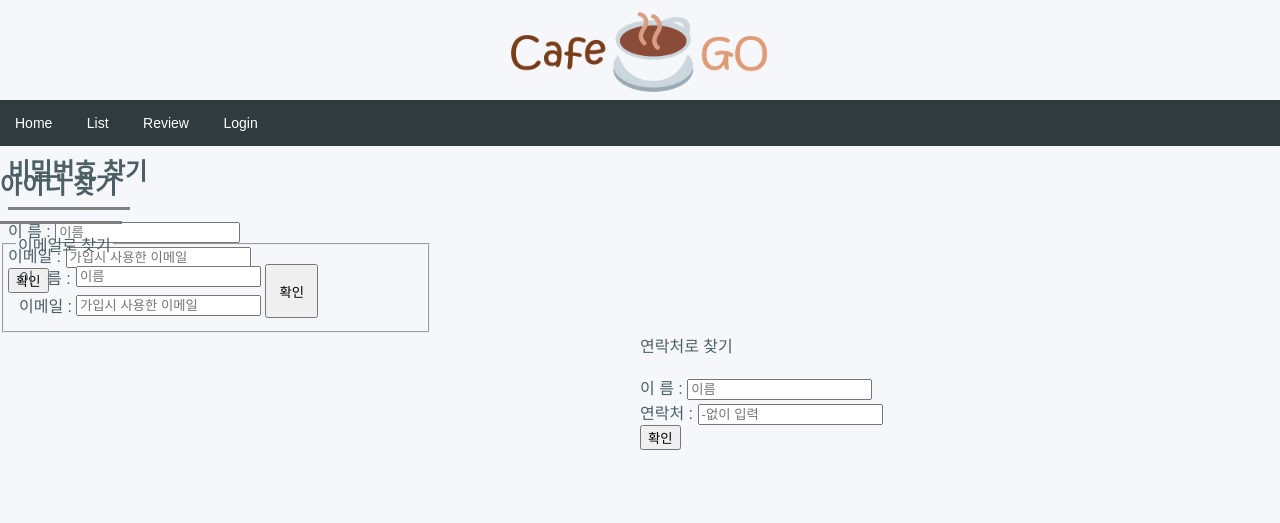
Repository: JuYeong0413/Web-Programming
Page: http://localhost/CafeGo/find.jsp
These files come from the project's save history. The page is drawn as it stood at one moment and after the next save; the edit follows.
The browser window is 1280 px wide. The pictures show the whole page.
The page is served by Tomcat 9. Other server files are loaded and not shown.

Above is the page before, as saved 2018-12-22 12:03:20.

### Project/CafeGo/WebContent/find.jsp
<%@ page language="java" contentType="text/html; charset=utf-8" pageEncoding="utf-8"%>
<%@ include file="nav.jsp" %>
<!DOCTYPE html>
<html>
<head>
<meta charset="utf-8">
<title>Insert title here</title>
</head>
<body>
  <div>
  <h2>아이디 찾기</h2>
  <hr noshade align="left" width="120" size="3">
  <form>
    <fieldset style="width: 400px">
      <legend>이메일로 찾기</legend>
        <table border="0">
          <tr>
            <td>이 &nbsp; 름 : </td>
            <td><input type="text" placeholder="이름" name="name" id="name" value=''></td>
            <td rowspan="2" width="45"><input type="submit" value="확인" style="width: 40pt; height: 40pt"></td>
          </tr>
          <tr>
            <td>이메일 : </td>
            <td><input type="text" placeholder="가입시 사용한 이메일" name="email" id="email" value=''></td>
          </tr>
        </table>
      </fieldset>
    </form>
  </div>
<div style="float:right; width:50%;">
연락처로 찾기<br><br>
<form action="findConfig_num.jsp" method="post">
<label>이    름 :</label>
<input type="text" placeholder="이름" name="name" id="name" value=''/><br>
<label>연락처 :</label>
<input type="text" placeholder="-없이 입력" name="tel" id="tel" value=''/><br>
<input type="submit" value="확인"/>
</form>
</div>
</div>
<br><br>
<div>
<h2>비밀번호 찾기</h2>
<hr noshade align="left" width="120" size="3">
<div style="float:left;width:50%;">
<form action="findConfig_pass.jsp" method="post">
<label>이    름 :</label>
<input type="text" placeholder="이름" name ="name" id="name" value=''/><br>
<label>이메일 :</label>
<input type="text" placeholder="가입시 사용한 이메일" name="email" id="email" value=''/><br>
<input type="submit" value="확인"/>
</form>
</div>
</div>
</form>
</body>
</html>

### Project/CafeGo/WebContent/nav.jsp
<%@ page language="java" contentType="text/html; charset=utf-8" pageEncoding="utf-8"%>
<!DOCTYPE html>
<html lang="ko">
<head>
<meta charset="utf-8">
<title>Insert title here</title>
<link rel="stylesheet" href="reponsiveNavigation.css" />
</head>
<body>
<div>
<center>
<a href="main.jsp"><img src = "image/logo.png" width="264px" height="88px" align="center"></a>
</center>
</div>
<div class="nav_wrapper">
  <nav class="menu">
    <ul>
      <li><a href="main.jsp">Home</a>
        <ul>
          <li><a href="main.jsp">홈페이지 소개</a></li>
          <li><a href="main.jsp">오늘의 카페 추천</a></li>
          </li>
        </ul>
      </li>
      <li><a href="#Link">List</a>
        <ul>
          <li><a href="#Link">카페 목록</a></li>
          <li><a href="#Link">카페 분류 »</a>
          <ul>
              <li><a href="#Link">별점</a></li>
              <li><a href="#link">지역</a></li>
              <li><a href="#Link">테마</a></li>
            </ul>
          </li>
        </ul>
      </li>
      <li><a href="review.jsp">Review</a>
        <ul>
          <li><a href="review.jsp">방문 후기 목록</a></li>
          <li><a href="#Link">방문 후기 작성</a></li>
          <li><a href="#Link">방문 후기 수정</a></li>
          <li><a href="#Link">방문 후기 삭제</a></li>
          </ul>
      </li>
  		<%
  		String log = (String)session.getAttribute("login");

  		if(log!=null&&log.equals("yes")){
  		// 로그인 상태인 경우 보여지는 메뉴
      %>
      <li><a href="myPage.jsp">MyPage</a>
        <ul>
          <li><a href="myPage.jsp">MyPage</a></li>
          <li><a href="logout.jsp">로그아웃</a></li>
        </ul>
      </li>
      <% }
  		else if((String)session.getAttribute("id")==null){
    	  // 로그아웃 상태인 경우 보여지는 메뉴
    	  %>
    	  <li><a href="#Link">Login</a>
        <ul>
          <li><a href="login.jsp">로그인</a></li>
          <li><a href="find.jsp">아이디/비밀번호 찾기</a></li>
          <li><a href="signup.jsp">회원가입</a></li>
        </ul>
      </li>
    	  <%} %>
     </ul>
  </nav>
</body>
</html>

### Project/CafeGo/WebContent/reponsiveNavigation.css
html {
  font-family: sans-serif;
  color: #4b5f65;
  background: #f5f7fa;
}

body { overflow-x:hidden}

nav { width: 100%; }

.nav_wrapper {
  position: fixed;
  left: 0;
  top: 100px;
  width: 100%;
  <!--menu background => default : black-->
  background: #2f3b3f;
}

.menu {
  width: 100%;
  height: auto;
  background: #2f3b3f;
}

.menu ul {
  padding: 0px;
  margin: 0px;
  list-style: none;
  position: relative;
  display: inline-block;
}

.menu > li > ul.sub_menu {
  min-width: 10em;
  padding: 4px 0;
  background-color: #f4f4f4;
  border: 1px solid #fff;
}

.menu ul li { padding: 0px; }

.menu > ul > li { display: inline-block; }

.menu ul li a {
  display: block;
  text-decoration: none;
  color: #fff;
  font-size: 14px;
}

.menu ul li a:hover {
  background: #efa666;
  color: #fff;
  transition: all .5s ease-out;
}

.menu ul li.hover > a {
  background: #efa666;
  color: #fff;
}

.menu ul li > a { padding: 15px; }

.menu ul ul {
  display: none;
  position: absolute;
  top: 100%;
  min-width: 160px;
  background: #39484d;
}

.menu ul li:hover > ul { display: block;}

.menu ul ul > li { position: relative; }

.menu ul ul > li a {
  padding: 10px 15px;
  height: auto;
  background: #39484d;
}

.menu ul ul > li a:hover {
  background: #efa666;
  color: #fff;
}

.menu ul ul ul {
  position: absolute;
  left: 100%;
  top: 0;
}
.slide {
	width:100%;
}

After the next save:
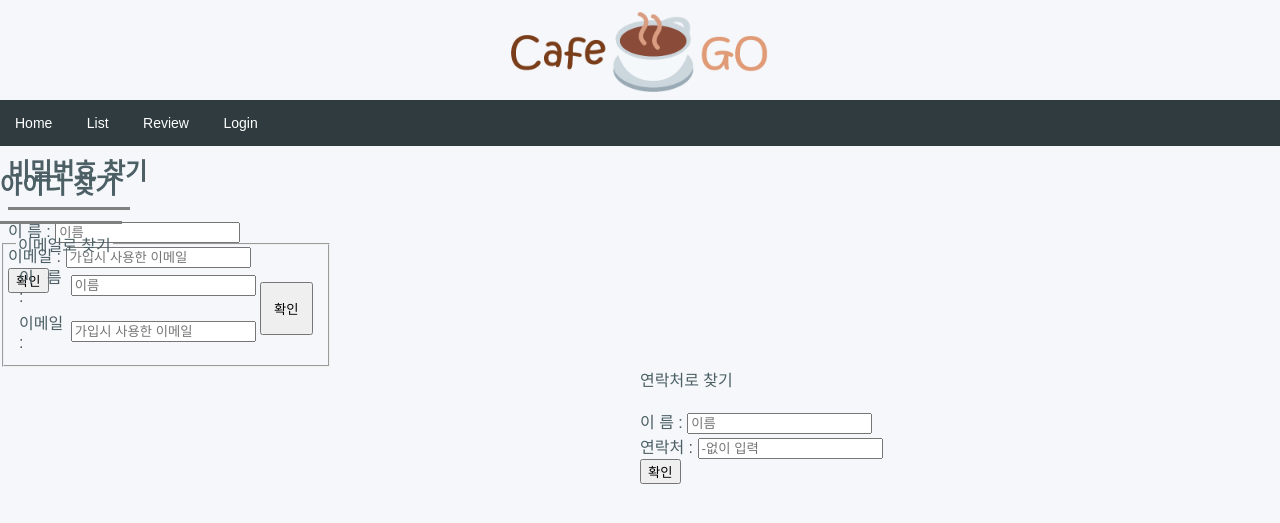
Saved 21 s later.
--- a/Project/CafeGo/WebContent/find.jsp
+++ b/Project/CafeGo/WebContent/find.jsp
@@ -11,7 +11,7 @@
   <h2>아이디 찾기</h2>
   <hr noshade align="left" width="120" size="3">
   <form>
-    <fieldset style="width: 400px">
+    <fieldset style="width: 300px">
       <legend>이메일로 찾기</legend>
         <table border="0">
           <tr>
